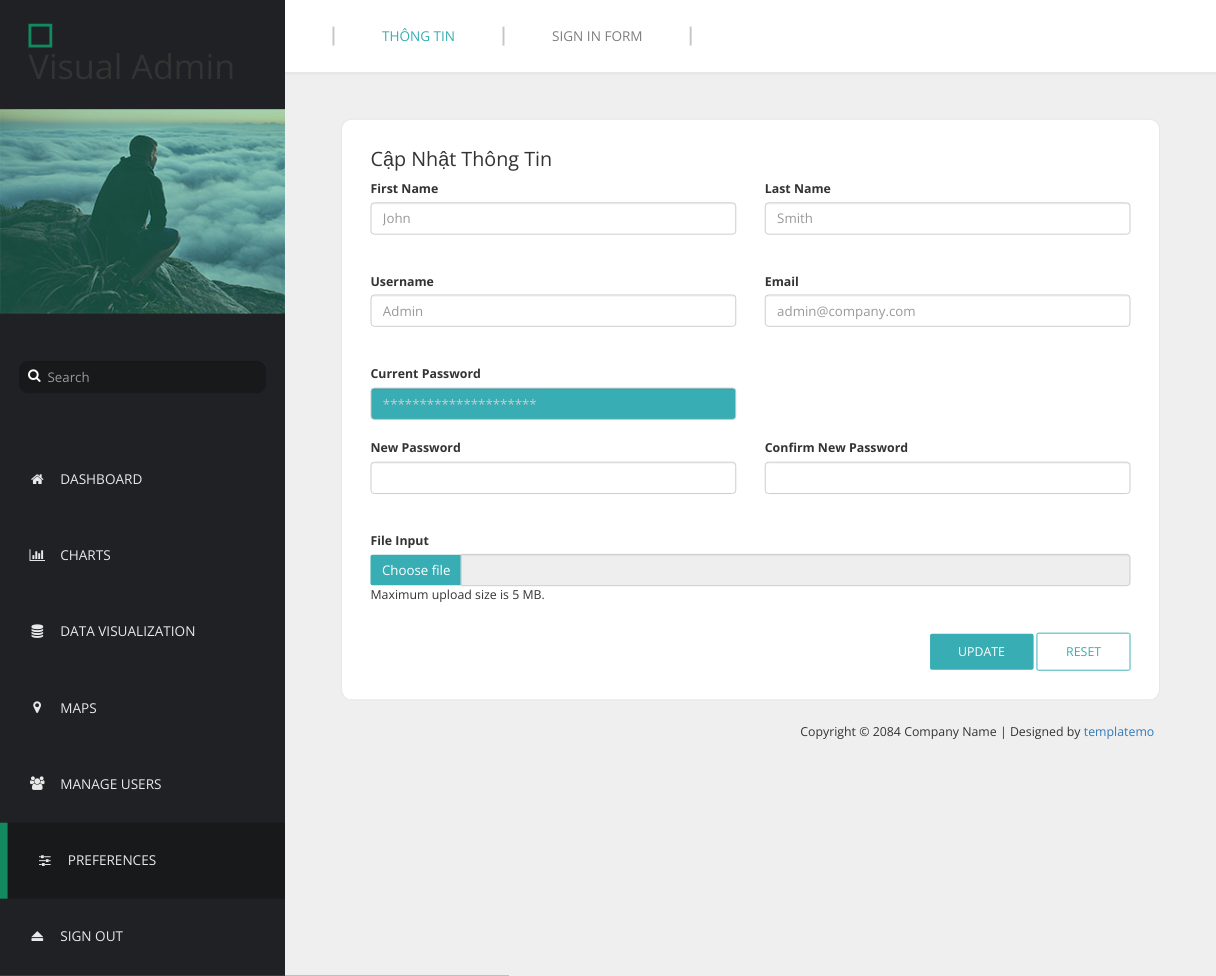
Repository: nhatkhanh022400/Layout
Page: Page-Admin/Cập Nhật Thông Tin.html
An editor plug-in stored every save of this project. The page is shown before and after the next save, followed by the edit.
The browser window is 1280 px wide. The pictures show the whole page, at 95% of full size.

Above is the page before, as saved 2022-03-27 11:55:33.

### Page-Admin/Cập Nhật Thông Tin.html
<!DOCTYPE html>
<html lang="en">
  <head>
    <meta charset="utf-8">
    <meta http-equiv="X-UA-Compatible" content="IE=edge">
    <meta name="viewport" content="width=device-width, initial-scale=1">
    <title>Visual Admin Dashboard - Preferences</title>
    <meta name="description" content="">
    <meta name="author" content="templatemo">
    <!--
    Visual Admin Template
    http://www.templatemo.com/preview/templatemo_455_visual_admin
    -->
    <link href='http://fonts.googleapis.com/css?family=Open+Sans:400,300,400italic,700' rel='stylesheet' type='text/css'>
    <link href="css/font-awesome.min.css" rel="stylesheet">
    <link href="css/bootstrap.min.css" rel="stylesheet">
    <link href="css/templatemo-style.css" rel="stylesheet">

    <!-- HTML5 shim and Respond.js for IE8 support of HTML5 elements and media queries -->
    <!-- WARNING: Respond.js doesn't work if you view the page via file:// -->
    <!--[if lt IE 9]>
      <script src="https://oss.maxcdn.com/html5shiv/3.7.2/html5shiv.min.js"></script>
      <script src="https://oss.maxcdn.com/respond/1.4.2/respond.min.js"></script>
    <![endif]-->

  </head>
  <body>
    <!-- Left column -->
    <div class="templatemo-flex-row">
      <div class="templatemo-sidebar">
        <header class="templatemo-site-header">
          <div class="square"></div>
          <h1>Visual Admin</h1>
        </header>
        <div class="profile-photo-container">
          <img src="images/profile-photo.jpg" alt="Profile Photo" class="img-responsive">
          <div class="profile-photo-overlay"></div>
        </div>
        <!-- Search box -->
        <form class="templatemo-search-form" role="search">
          <div class="input-group">
              <button type="submit" class="fa fa-search"></button>
              <input type="text" class="form-control" placeholder="Search" name="srch-term" id="srch-term">
          </div>
        </form>
        <div class="mobile-menu-icon">
            <i class="fa fa-bars"></i>
          </div>
        <nav class="templatemo-left-nav">
          <ul>
            <li><a href="index.html"><i class="fa fa-home fa-fw"></i>Dashboard</a></li>
            <li><a href="data-visualization.html"><i class="fa fa-bar-chart fa-fw"></i>Charts</a></li>
            <li><a href="data-visualization.html"><i class="fa fa-database fa-fw"></i>Data Visualization</a></li>
            <li><a href="maps.html"><i class="fa fa-map-marker fa-fw"></i>Maps</a></li>
            <li><a href="manage-users.html"><i class="fa fa-users fa-fw"></i>Manage Users</a></li>
            <li><a href="#" class="active"><i class="fa fa-sliders fa-fw"></i>Preferences</a></li>
            <li><a href="login.html"><i class="fa fa-eject fa-fw"></i>Sign Out</a></li>
          </ul>
        </nav>
      </div>
      <!-- Main content -->
      <div class="templatemo-content col-1 light-gray-bg">
        <div class="templatemo-top-nav-container">
          <div class="row">
            <nav class="templatemo-top-nav col-lg-12 col-md-12">
              <ul class="text-uppercase">
                <li><a href="" class="active">Thông Tin</a></li>

                <li><a href="login.html">Sign in form</a></li>
              </ul>
            </nav>
          </div>
        </div>
        <div class="templatemo-content-container">
          <div class="templatemo-content-widget white-bg">
            <h2 class="margin-bottom-10">Cập Nhật Thông Tin</h2>

            <form action="index.html" class="templatemo-login-form" method="post" enctype="multipart/form-data">
              <div class="row form-group">
                <div class="col-lg-6 col-md-6 form-group">
                    <label for="inputFirstName">First Name</label>
                    <input type="text" class="form-control" id="inputFirstName" placeholder="John">
                </div>
                <div class="col-lg-6 col-md-6 form-group">
                    <label for="inputLastName">Last Name</label>
                    <input type="text" class="form-control" id="inputLastName" placeholder="Smith">
                </div>
              </div>
              <div class="row form-group">
                <div class="col-lg-6 col-md-6 form-group">
                    <label for="inputUsername">Username</label>
                    <input type="text" class="form-control" id="inputUsername" placeholder="Admin">
                </div>
                <div class="col-lg-6 col-md-6 form-group">
                    <label for="inputEmail">Email</label>
                    <input type="email" class="form-control" id="inputEmail" placeholder="admin@company.com">
                </div>
              </div>
              <div class="row form-group">
                <div class="col-lg-6 col-md-6 form-group">
                    <label for="inputCurrentPassword">Current Password</label>
                    <input type="password" class="form-control highlight" id="inputCurrentPassword" placeholder="*********************">
                </div>
              </div>
              <div class="row form-group">
                <div class="col-lg-6 col-md-6 form-group">
                    <label for="inputNewPassword">New Password</label>
                    <input type="password" class="form-control" id="inputNewPassword">
                </div>
                <div class="col-lg-6 col-md-6 form-group">
                    <label for="inputConfirmNewPassword">Confirm New Password</label>
                    <input type="password" class="form-control" id="inputConfirmNewPassword">
                </div>
              </div>

              <div class="row form-group">
                <div class="col-lg-12">
                  <label class="control-label templatemo-block">File Input</label>
                  <!-- <input type="file" name="fileToUpload" id="fileToUpload" class="margin-bottom-10"> -->
                  <input type="file" name="fileToUpload" id="fileToUpload" class="filestyle" data-buttonName="btn-primary" data-buttonBefore="true" data-icon="false">
                  <p>Maximum upload size is 5 MB.</p>
                </div>
              </div>
              <div class="form-group text-right">
                <button type="submit" class="templatemo-blue-button">Update</button>
                <button type="reset" class="templatemo-white-button">Reset</button>
              </div>
            </form>
          </div>
          <footer class="text-right">
            <p>Copyright &copy; 2084 Company Name
            | Designed by <a href="http://www.templatemo.com" target="_parent">templatemo</a></p>
          </footer>
        </div>
      </div>
    </div>

    <!-- JS -->
    <script type="text/javascript" src="js/jquery-1.11.2.min.js"></script>        <!-- jQuery -->
    <script type="text/javascript" src="js/bootstrap-filestyle.min.js"></script>  <!-- http://markusslima.github.io/bootstrap-filestyle/ -->
    <script type="text/javascript" src="js/templatemo-script.js"></script>        <!-- Templatemo Script -->
  </body>
</html>

### Page-Admin/css/templatemo-style.css
/*

Visual Admin Template
http://www.templatemo.com/preview/templatemo_455_visual_admin

TABLE OF CONTENT
	1. Universal Styles
	2. Left Column
	3. Right Column
	4. Charts & Maps
	5. Login
	6. Manage Users
	7. Preferences
	8. Media Queries
----------------------------------------------*/
/* 1. Universal Styles
----------------------------------------------*/
* {	font-family: 'Open Sans', sans-serif; }
body {	font-size: 13px; }
body, .templatemo-left-nav { background: #1f2124; }
h1, h2, h3 { margin: 0; }
h2 { font-size: 1.6em; }
h3 {
	color: #7f7f7f;
	font-size: 1.4em;
}
ul {
	list-style-type: none;
    margin: 0;
    padding: 0;
}
a:hover { text-decoration: none; }
nav li {
	font-size: 1.1em;
	list-style: none;
	text-transform: uppercase;
}
.templatemo-inline-block {
	display: inline-block;
	vertical-align: middle;
}
.templatemo-block {	display: block; }
.templatemo-position-relative {	position: relative; }
.blue-text { color: #39ADB4; }
.white-text { color: white; }
.green-bg {	background-color: #39ADB4; }
.yellow-bg { background-color: #D8D138; }
.white-bg {	background-color: white; }
.white-bg .fa-times { background-color: #d7d7d7; }
.white-bg .fa-times:hover {	background: #83ccd1; }
.orange-bg {
	background-color: #F17A54;
	color: white;
}
.orange-bg .fa-times {	background-color: #F0A790; }
.orange-bg .fa-times:hover { background-color: #E14311; }
.pink-bg {
	background-color: #D7425C;
	color: white;
}
.pink-bg .fa-times { background-color: #E57C8F;	}
.pink-bg .fa-times:hover { background-color: #BD1F3B; }
.blue-bg {
	background-color: #3275BB;
	color: white;
}
.blue-bg .fa-times { background-color: #6792C0; }
.blue-bg .fa-times:hover { background-color: #2C639C; }
.light-gray-bg { background-color: #efefef; }
.padding-right-25 {	padding-right: 25px; }
.margin-bottom-0 {	margin-bottom: 0; }
.margin-bottom-5 {	margin-bottom: 5px; }
.margin-bottom-10 {	margin-bottom: 10px; }
.margin-bottom-30 {	margin-bottom: 30px; }
.margin-bottom-70 {	margin-bottom: 70px; }
.margin-right-15 { margin-right: 15px; }
.margin-10 { margin: 10px; }
.width-100 { width: 100%; }
.no-border { border: none; }
.border-radius-10 { border-radius: 10px; }
footer { padding: 15px; }

/* 2. Left Column
-----------------------------*/
.templatemo-sidebar { width: 300px; }
.square {
	width: 25px;
	height: 25px;
	border: 3px solid #13895F;
	display: inline-block;
	vertical-align: middle;
}
.circle {
	width: 15px;
	height: 15px;
	border-radius: 50%;
}
.templatemo-site-header { margin: 25px 30px; }
.templatemo-site-header img {
	width: 230px;
	height: 70px;
}
.profile-photo-container { position: relative; }
.profile-photo-overlay {
	background-color: rgba(4, 152, 114, 0.35);
	position: absolute;
	top: 0;
	left: 0;
	width: 100%;
	height: 100%;
	transition: all 0.3s ease;
}
.profile-photo-overlay:hover { background-color: rgba(4, 152, 114, 0); }

/* Search form */
.templatemo-search-form {
	font-size: 1.1em;
	margin: 50px 20px;
}
.templatemo-search-form .input-group { width: 100%; }
.templatemo-search-form .input-group .form-control {
	background-color: #18191b;
	border: none;
	border-radius: 10px;
	color: #DDD;
	padding-left: 30px;
}
.form-control:focus {
  border-color: #13895F;
  outline: 0;
  box-shadow: inset 0 1px 1px rgba(19,137,95,.075),0 0 8px rgba(19,137,95,.6);
}
.form-control.highlight {
	background-color: #39ADB4;
	color: white;
}
.form-control.highlight::-webkit-input-placeholder { /* WebKit browsers */
    color:    #ccc;
}
.form-control.highlight:-moz-placeholder { /* Mozilla Firefox 4 to 18 */
   color:    #ccc;
   opacity:  1;
}
.form-control.highlight::-moz-placeholder { /* Mozilla Firefox 19+ */
   color:    #ccc;
   opacity:  1;
}
.form-control.highlight:-ms-input-placeholder { /* Internet Explorer 10+ */
   color:    #ccc;
}
.templatemo-search-form .input-group { position: relative; }
.fa-search {
    height:32px;
    width:32px;
    border: none;
    cursor: pointer;
    color:white;
    background:transparent;
    position:absolute;
    top: 0;
	left: 0;
	z-index: 100;
}
.mobile-menu-icon {
	cursor:pointer;
	display:none;
}
.templatemo-left-nav li { font-weight: 300; }
.templatemo-left-nav a.active,
.templatemo-left-nav a:hover {
	background: #18191b;
	border-left: 8px solid #13895F;
}
.templatemo-left-nav a {
	color: #e9e9ea;
	display: block;
	padding: 30px;
	transition: all 0.3s ease;
}
.templatemo-left-nav .fa { margin-right: 15px; }

/* 3. Right Column
------------------------------*/
.templatemo-top-nav-container {
	background-color: white;
	padding: 28px 50px;
 	box-shadow: 0px 0px 2px 2px rgba(161, 159, 159, 0.18);
}
.templatemo-top-nav li {
    float: left;
    list-style: none;
}
.templatemo-top-nav a {
	color: #7f7f7f;
    display: block;
    padding: 0 50px;
    border-left: 2px solid #c5c5c5;
}
.templatemo-top-nav li:last-child a { border-right: 2px solid #c5c5c5; }
.templatemo-top-nav a:hover,
.templatemo-top-nav a.active {
	color: #39ADB4;
}

/* Main Content Area */
.templatemo-content {
  margin-top: 0px;
  min-height: 600px;
  padding: 0;
  overflow-x: hidden;
}
.templatemo-content-container {	padding: 40px 50px; }
.templatemo-flex-row {
	display: -webkit-flex;
	display: -ms-flexbox;
	display: flex;
}
.col-1 {
	-webkit-flex: 1;
	    -ms-flex: 1;
	        flex: 1;
}
.col-2 {
	-webkit-flex: 2;
	    -ms-flex: 2;
	        flex: 2;
}

/* Content Widget */
.templatemo-content-widget {
	border-radius: 10px;
	padding: 30px;
	position: relative;
	margin: 10px;
 	box-shadow: 0px 0px 1px 1px rgba(161, 159, 159, 0.1);
}
.templatemo-content-widget.no-padding {	padding: 0; }
.fa-times {
	border-radius: 15px;
  	color: white;
  	cursor: pointer;
	padding: 4px 5px;
  	position: absolute;
  	top: 15px;
  	right: 15px;
  	z-index: 100;
  	transition: all 0.3s ease;
}
.fa-heart {
  color: white;
  cursor: pointer;
  font-size: 1.4em;
  position: absolute;
  top: 30px;
  right: 30px;
  z-index: 100;
  transition: all 0.3s ease;
}
.fa-heart:hover { color: #39ADB4; }
.progress {	display: block; }
.panel-default>.panel-heading {
	background-color: #39ADB4;
	border-top-left-radius: 10px;
	border-top-right-radius: 10px;
	color: white;
	padding: 15px;
}
.panel-default .fa-times {
	top: 12px;
	background-color: #67B5B9;
}
.panel-default .fa-times:hover { background-color: #297B7F;	}
.panel { border-radius: 10px; }
.pagination-wrap {
	margin-right: 10px;
	text-align: right;
}
.pagination>li>a {
	border-color: #E9E8E8;
	color: #a6a6a6;
	margin: 2px;
	padding: 10px;
}
.pagination>li>a,
.pagination>li:first-child>a,
.pagination>li:last-child>a {
	border-radius: 10px;
}
.pagination>.active>a,
.pagination>.active>a:focus,
.pagination>.active>a:hover {
	background-color: #39ADB4;
	border-color: #E9E8E8;
}
.table { margin-bottom: 0; }
.table>tbody>tr>td { padding: 10px 15px; }
.table>thead>tr>td { padding: 15px; }
.media { margin-top: 0; }
.media-body { vertical-align: middle; }
.badge {
	background-color: #d6973d;
	border-radius: 5px;
	margin-left: 5px;
	padding: 5px 10px;
	vertical-align: top;
}
.templatemo-img-bordered {
	border: 1px solid #ccc;
	padding: 3px;
}

/* 4. Charts & Maps - http://codepen.io/shoogledesigns/pen/BfLkA
----------------------------------------------------------------*/
.templatemo-chart {
	width: 100%;
	height: 300px;
}
#timeline_div {	height: auto; }

/* JQVMap */
.jqvmap-zoomin, .jqvmap-zoomout {
    width: 15px;
    height: 15px;
}
.vmap { height: 300px; }

/* 5. Login
------------------------------*/
.text-center img{
	width: 350px;
	height: 150px;
}
.templatemo-login-widget {
	max-width: 450px;
	margin-left: auto;
	margin-right: auto;
	padding: 50px;
}
.templatemo-login-widget .square {
	width: 18px;
	height: 18px;
}
.templatemo-login-widget header { margin-bottom: 40px; }
.templatemo-login-widget h1 {
	display: inline-block;
	font-size: 1.8em;
	text-align: center;
	text-transform: uppercase;
	vertical-align: middle;
}
.templatemo-login-form .form-group { margin-bottom: 20px; }
.templatemo-login-form .form-group:last-child {	margin-bottom: 0; }
.input-group-addon { background: none; }
.btn-primary {
	border-radius: 2px;
	background-color: #39ADB4;
	border: none;
	color: white;
}
.btn-primary:hover { background-color: #2A858B; }
.templatemo-blue-button,
.templatemo-white-button {
	border-radius: 2px;
	padding: 10px 30px;
	text-transform: uppercase;
	transition: all 0.3s ease;
}
.templatemo-blue-button {
	background-color: #39ADB4;
	border: none;
	color: white;
}
.templatemo-blue-button:hover {	background-color: #2A858B; }
.templatemo-white-button {
	background-color: white;
	border: 1px solid #39ADB4;
	color: #39ADB4;
}
.templatemo-white-button:hover { background-color: #eff2f3;	}
.templatemo-register-widget {
	max-width: 450px;
	padding: 15px;
	text-align: center;
}
.templatemo-register-widget p {	margin-bottom: 0; }
.checkbox label { padding-left: 0; }
.font-weight-400 { font-weight: 400; }

/* Style checkboxes and radio buttons
http://webdesign.tutsplus.com/tutorials/quick-tip-easy-css3-checkboxes-and-radio-buttons--webdesign-8953 */
input[type="checkbox"] {  display:none; }
input[type="checkbox"] + label span {
    display:inline-block;
    width:26px;
    height:25px;
    margin:-1px 4px 0 0;
    vertical-align:middle;
    background:url(../images/checkbox-radio-sheet.png) left top no-repeat;
    cursor:pointer;
}
input[type="checkbox"]:checked + label span {
    background:url(../images/checkbox-radio-sheet.png) -26px top no-repeat;
}
input[type="radio"] { display:none; }
input[type="radio"] + label span {
    display:inline-block;
    width:26px;
    height:25px;
    margin:-1px 4px 0 0;
    vertical-align:middle;
    background:url(../images/checkbox-radio-sheet.png) -52px top no-repeat;
    cursor:pointer;
}
input[type="radio"]:checked + label span {
    background:url(../images/checkbox-radio-sheet.png) -78px top no-repeat;
}

/* 6. Manage Users
------------------------------*/
.templatemo-sort-by:hover {	color: #ded9d9; }
.templatemo-edit-btn {
	border: 1px solid #ddd;
	border-radius: 3px;
	color: black;
	padding: 5px 15px;
	transition: all 0.3s ease;
}
.templatemo-edit-btn:hover {
	background-color: #39ADB4;
	border: 1px solid #39ADB4;
	color: white;
}
.templatemo-link { color: black; }
.templatemo-link:hover { color: #39ADB4; }
.templatemo-overflow-hidden { overflow: hidden; }
.templatemo-user-table thead {
	background-color: #39ADB4;
	color: white;
}
.panel>.table-responsive:last-child>.table:last-child, .panel>.table:last-child {
  border-bottom-right-radius: 10px;
  border-bottom-left-radius: 10px;
}
.panel>.table:first-child {
  border-top-left-radius: 10px;
  border-top-right-radius: 10px;
}
.templatemo-social-icons-container {
	background-color: #f4f3f3;
	display: -webkit-flex;
	display: -ms-flexbox;
	display: flex;
	-webkit-justify-content: space-between;
	    -ms-flex-pack: justify;
	        justify-content: space-between;
	box-shadow: 0px 0px 1px 1px rgba(161, 159, 159, 0.1);
	position: absolute;
	bottom: 0;
	left: 0;
	width: 100%;
	height: 50px;
	border-bottom-left-radius: 10px;
	border-bottom-right-radius: 10px;
	border-top: 1px solid #dedede;
}
.social-icon-wrap {
	width: 33%;
	height: 100%;
	display: -webkit-flex;
	display: -ms-flexbox;
	display: flex;
	-webkit-align-items: center;
	    -ms-flex-align: center;
	        align-items: center;
	-webkit-justify-content: center;
	    -ms-flex-pack: center;
	        justify-content: center;
}
.social-icon-wrap:nth-child(2) {
	border-left: 1px solid #dedede;
	border-right: 1px solid #dedede;
}
.templatemo-social-icon {
	background-color: #a6a6a6;
	border-radius: 50%;
	color: white;
	cursor: pointer;
	font-size: 1.5em;
	padding-top: 8px;
	width: 35px;
	height: 35px;
	transition: all 0.3s ease;
}
.templatemo-social-icon:hover {	background-color: #39ADB4; }
.templatemo-content-img-bg {
	background-position: center;
	background-attachment: stretch;
	min-height: 300px;
}
.content-bg-img {
	position: absolute;
	top: 0;
	left: 0;
	border-radius: 10px;
	width: 100%;
	height: 100%;
}
.view-img-btn-wrap {
	position: absolute;
	bottom: 50px;
	left: 0;
	width: 100%;
	text-align: center;
}
.templatemo-view-img-btn {
	background-color: #f4f3f3;
	border: none;
	border-radius: 5px;
	color: #a6a6a6;
	padding: 10px 50px;
	text-transform: uppercase;
	transition: all 0.3s ease;
}
.templatemo-view-img-btn:hover {
	background-color: #39ADB4;
	color: white;
}

/* 7. Preferences
-------------------------------*/
.has-success .checkbox, .has-success .checkbox-inline, .has-success .control-label, .has-success .help-block,
.has-success .radio, .has-success .radio-inline, .has-success.checkbox label, .has-success.checkbox-inline label,
.has-success.radio label, .has-success.radio-inline label {
	color: #13895F;
}
.has-success .form-control { border-color: #13895F; }
.has-warning .checkbox, .has-warning .checkbox-inline, .has-warning .control-label, .has-warning .help-block,
.has-warning .radio, .has-warning .radio-inline, .has-warning.checkbox label, .has-warning.checkbox-inline label,
.has-warning.radio label, .has-warning.radio-inline label {
	color: #CF922C;
}
.has-warning .form-control { border-color: #CF922C; }
.has-error .checkbox, .has-error .checkbox-inline, .has-error .control-label, .has-error .help-block,
.has-error .radio, .has-error .radio-inline, .has-error.checkbox label, .has-error.checkbox-inline label,
.has-error.radio label, .has-error.radio-inline label {
	color: #D7425C;
}
.has-error .form-control { border-color: #D7425C; }
.templatemo-multi-select {
	min-width: 200px;
	height: 100px;
	overflow-y: scroll;
}


/* 8. Media Queries
------------------------------*/
@media screen and (max-width: 1199px) and (min-width: 991px) {
	.templatemo-site-header { margin: 25px; }
	.templatemo-sidebar { width: 250px;	}
	.templatemo-search-form { margin: 20px; }
	nav li { font-size: 1em; }
	.templatemo-left-nav a { padding: 15px; }
	.templatemo-top-nav a { padding: 0 30px; }
}

@media screen and (max-width: 1199px) {
	.templatemo-flex-row.flex-content-row { display: block;	}
}

@media screen and (max-width: 992px) and (min-width: 768px) {
	.templatemo-site-header,
	.templatemo-search-form {
		margin: 15px;
	}
	.templatemo-sidebar { width: 200px; }
	.templatemo-site-header h1 { font-size: 1.6em; }
	.square {
		width: 20px;
		height: 20px;
	}
	.templatemo-left-nav a.active,
	.templatemo-left-nav a:hover {
		border-left: 6px solid #13895F;
	}
	.templatemo-top-nav-container {	padding: 17px 30px;	}
	.templatemo-top-nav a { padding: 0 15px; }
}

@media screen and (max-width: 992px) {
	nav li { font-size: 1em; }
	.templatemo-left-nav a { padding: 15px 10px; }
	.templatemo-content-container {	padding: 10px; }
}
@media only screen and (min-width: 768px) {
	.templatemo-left-nav {	display: block !important; }
}
@media screen and (max-width: 767px) {
	.templatemo-flex-row { display: block; }
	.templatemo-site-header { margin: 20px 15px; }
	.profile-photo-container {	display: none; /* Hide profile photo on mobile view */	}
	.templatemo-search-form { margin: 10px; }
	.templatemo-top-nav-container {	padding: 10px; }
	.templatemo-top-nav a {
		border-left: 1px solid #c5c5c5;
		padding: 0 7px;
	}
	.templatemo-top-nav li:last-child a { border-right: 1px solid #c5c5c5; }
	.templatemo-content-widget { padding: 15px;	}

	/* Left column */
	.templatemo-left-nav {
		display: none;
		position: fixed;
		top: 10px;
		right: 50px;
		height: 300px;
		overflow: auto;
		width: 200px;
		z-index: 999;
	}
	.templatemo-left-nav a.active,
	.templatemo-left-nav a:hover {
		border-left: 4px solid #13895F;
	}
	.mobile-menu-icon {
		cursor: pointer;
		display: block;
		position: fixed;
		top: 10px;
		right: 10px;
		z-index: 1000;
	}
	.mobile-menu-icon:hover .fa { background-color: rgba(19,137,95,0.8); }
	.mobile-menu-icon .fa {
		color: #fff;
		background-color: rgba(19,137,95,0.4);
		font-size: 1.5em;
		width: 40px;
		height: 40px;
		padding-top: 9px;
		padding-left: 11px;
	}
}

Loaded but not shown: Page-Admin/css/font-awesome.min.css (library); Page-Admin/css/bootstrap.min.css (library); Page-Admin/js/jquery-1.11.2.min.js (library); Page-Admin/js/bootstrap-filestyle.min.js (library); Page-Admin/js/templatemo-script.js (common file)

After the next save:
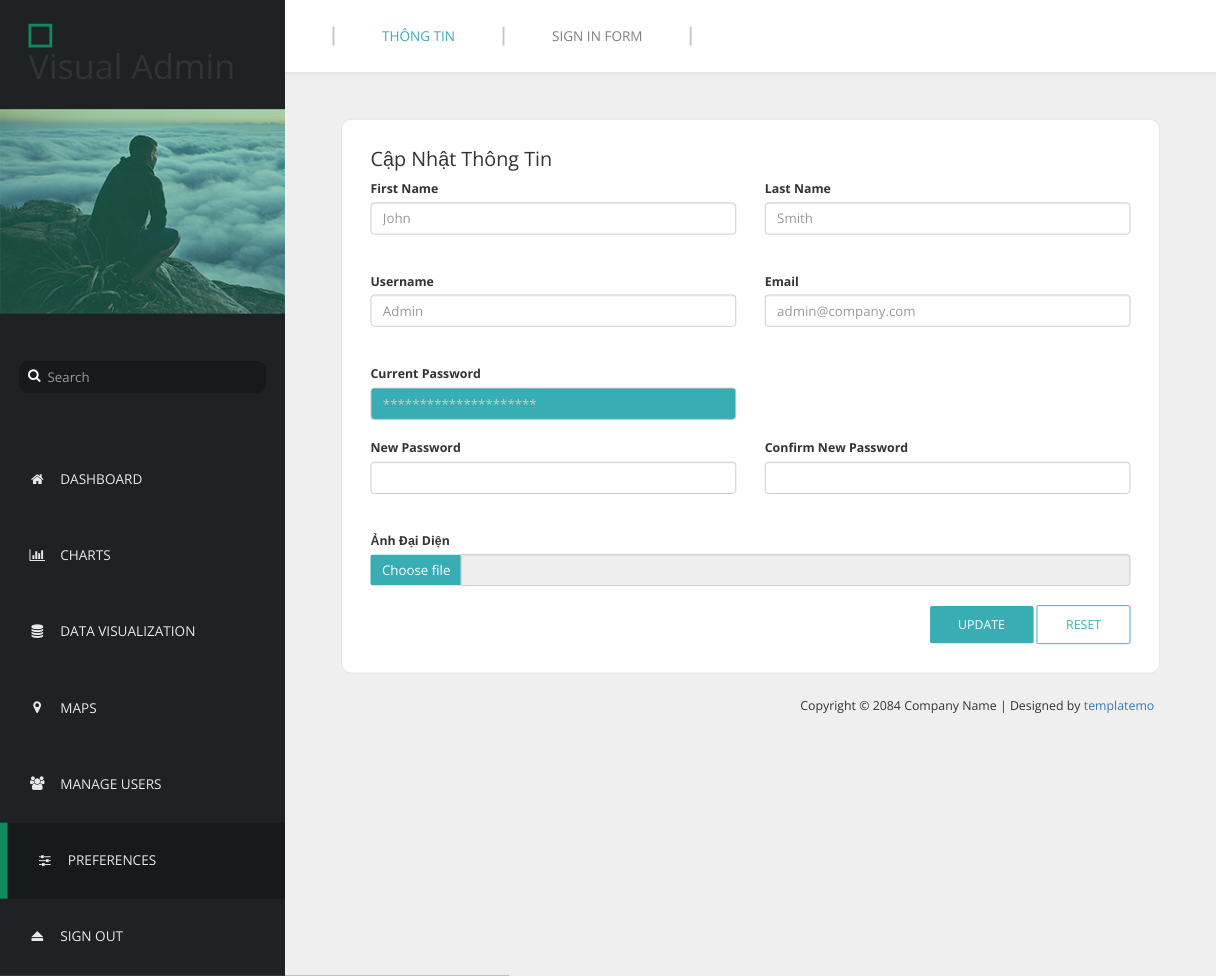
Saved 99 s later.
--- a/Page-Admin/Cập Nhật Thông Tin.html
+++ b/Page-Admin/Cập Nhật Thông Tin.html
@@ -115,10 +115,10 @@
 
               <div class="row form-group">
                 <div class="col-lg-12">
-                  <label class="control-label templatemo-block">File Input</label>
+                  <label class="control-label templatemo-block">Ảnh Đại Diện</label>
                   <!-- <input type="file" name="fileToUpload" id="fileToUpload" class="margin-bottom-10"> -->
                   <input type="file" name="fileToUpload" id="fileToUpload" class="filestyle" data-buttonName="btn-primary" data-buttonBefore="true" data-icon="false">
-                  <p>Maximum upload size is 5 MB.</p>
+
                 </div>
               </div>
               <div class="form-group text-right">
